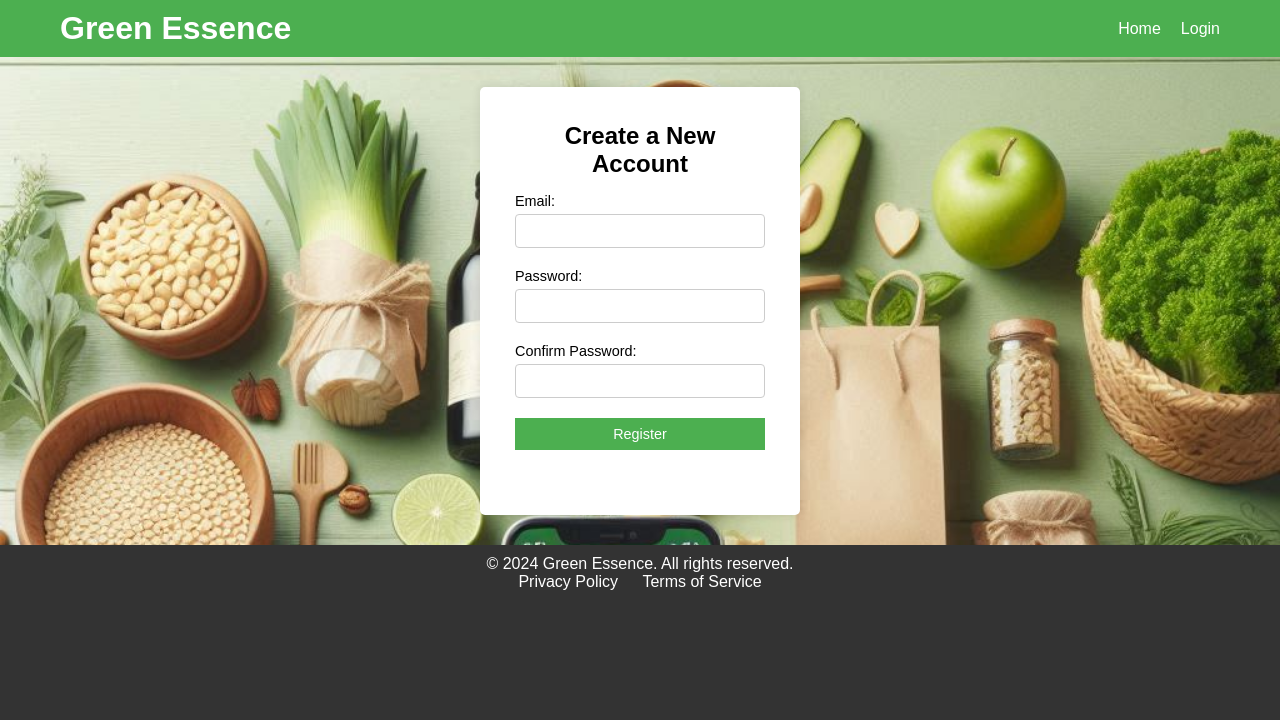
Repository: niki3210/Sahyadri
Page: Projectorganic/Register.html
These files come from the project's save history. The page is drawn as it stood at one moment and after the next save; the edit follows.
The browser window is 1280 px wide. The pictures show the whole page.

Above is the page before, as saved 2024-06-21 14:52:11.

After the next save:
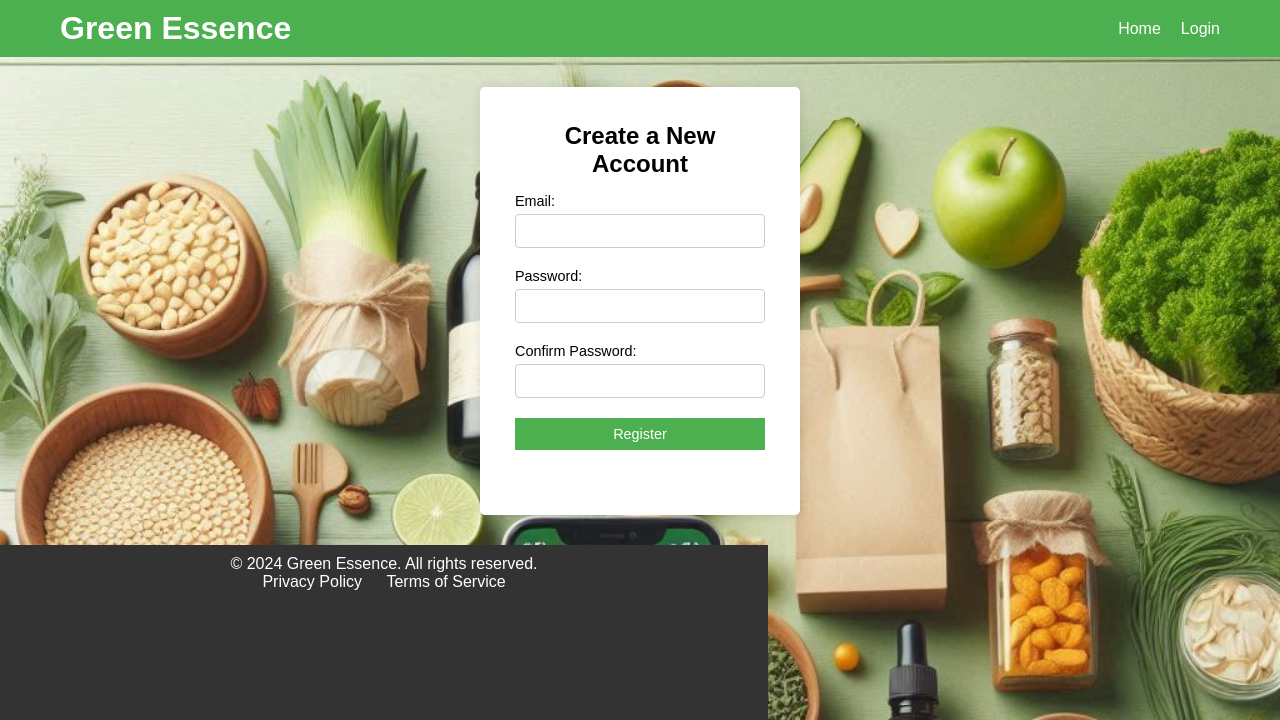
Saved 19 s later.
--- a/Projectorganic/styles.css
+++ b/Projectorganic/styles.css
@@ -191,7 +191,7 @@
     color: white;
     text-align: center;
     padding: 10px 0;
-    width: 100%;
+    width: 60%;
     flex: 1;
 }
 

After the save that followed:
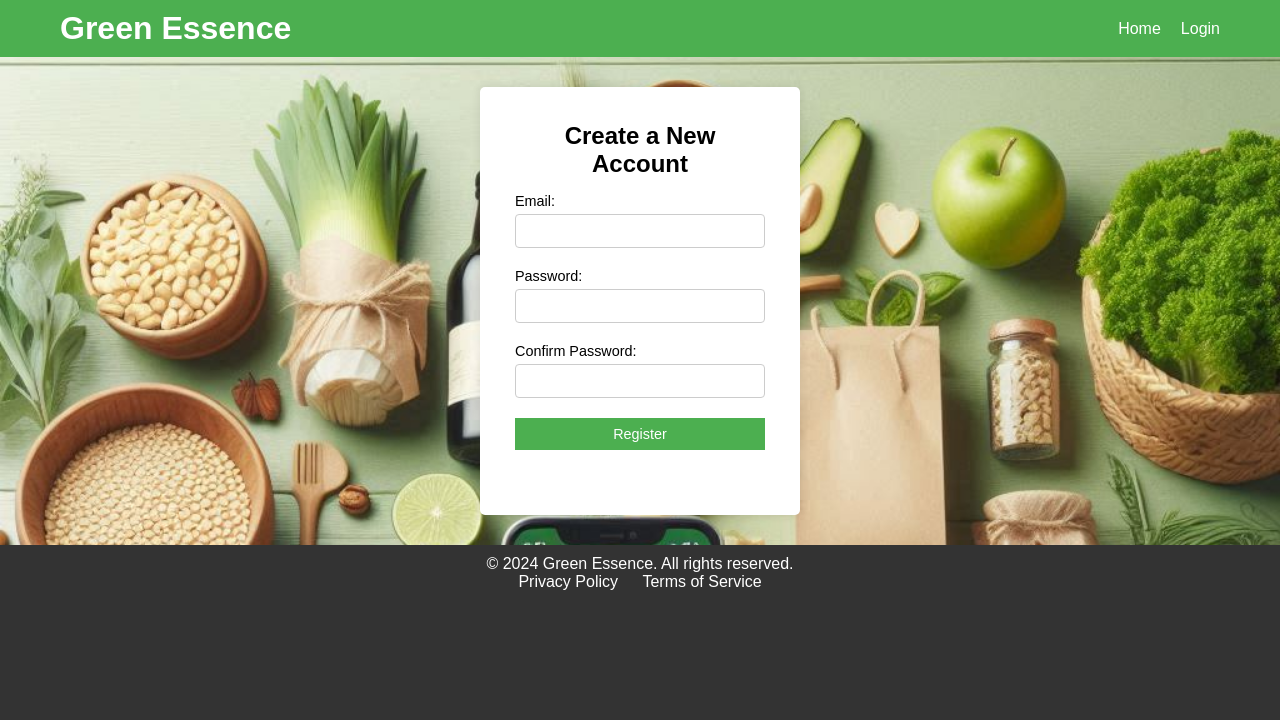
Saved 6 s later.
--- a/Projectorganic/styles.css
+++ b/Projectorganic/styles.css
@@ -191,7 +191,7 @@
     color: white;
     text-align: center;
     padding: 10px 0;
-    width: 60%;
+    width: 100%;
     flex: 1;
 }
 
